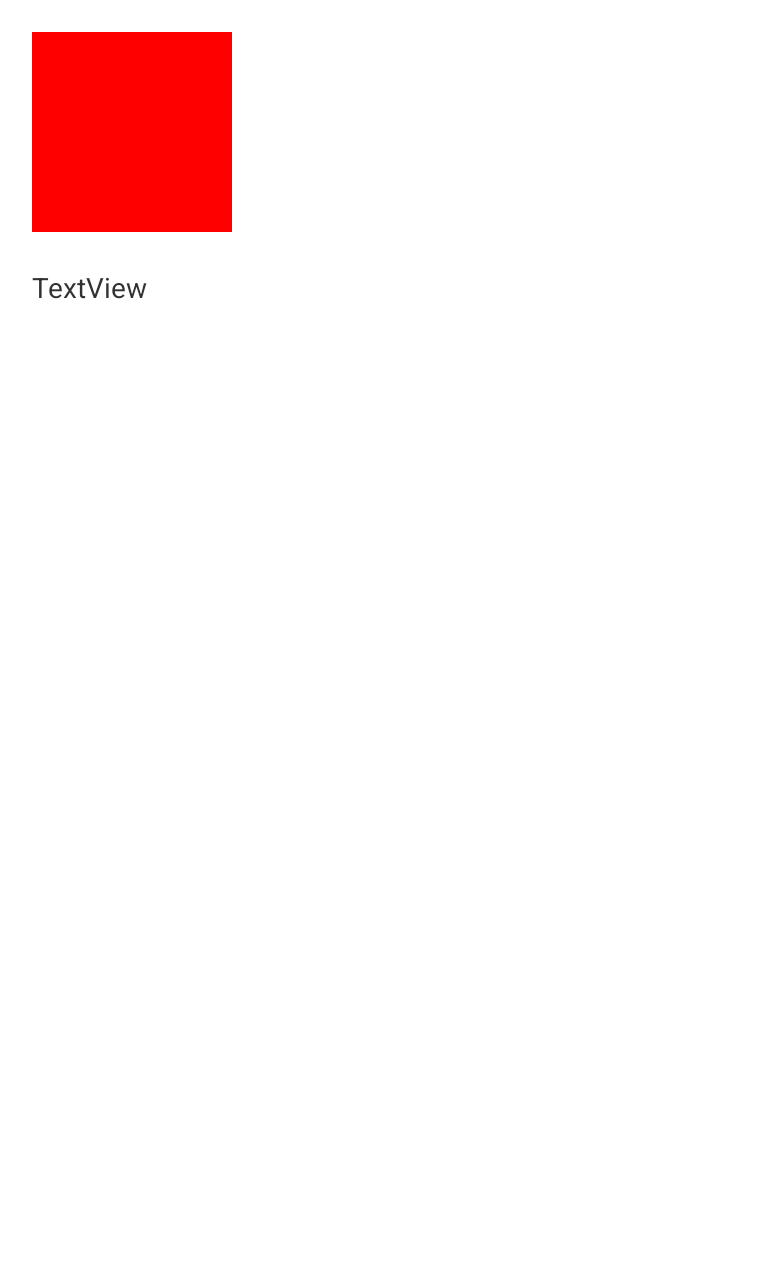
Repository: milosz90/pracaMagisterska
Layout: magisterka/res/layout/activity_inventory.xml
An editor plug-in stored every save of this project. The layout is shown before and after the next save, followed by the edit.
It is drawn on a 768 x 1280 px phone screen (xhdpi) without system bars, with theme AppTheme; the app's code is not run.

Above is the layout before, as saved 2015-05-06 09:35:55.

After the next save:
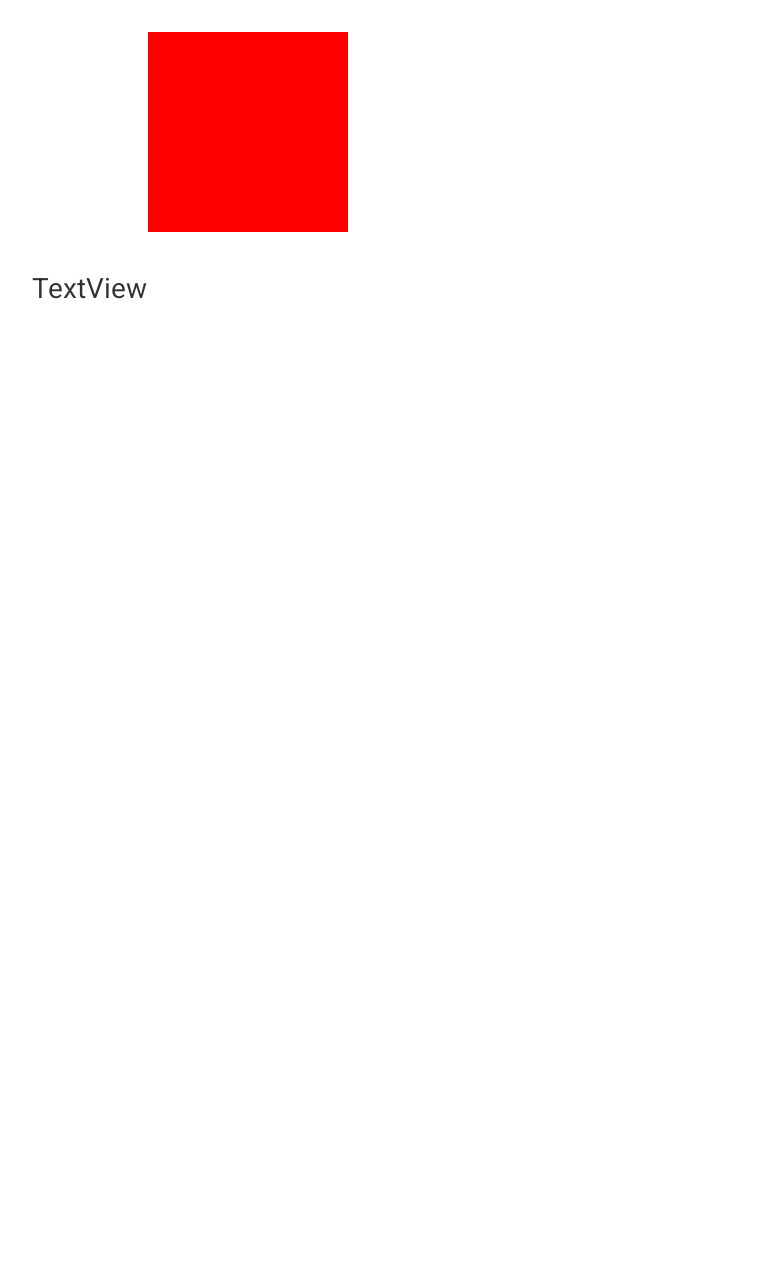
Saved 5 s later.
--- a/magisterka/res/layout/activity_inventory.xml
+++ b/magisterka/res/layout/activity_inventory.xml
@@ -29,6 +29,9 @@
         android:id="@+id/tableItems"
         android:layout_width="100dp"
         android:layout_height="100dp"
+        android:layout_alignTop="@+id/items"
+        android:layout_marginLeft="58dp"
+        android:layout_toRightOf="@+id/items"
         android:background="@color/Red" >
     </TableLayout>
 
